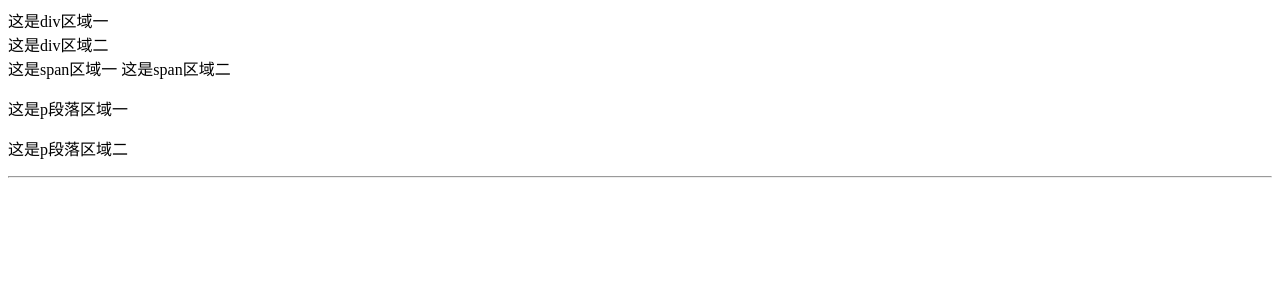
Repository: tangchengjingwen/javaLearningCode
Page: javaLearningCode/day30_html/div_span_p.html
An editor plug-in stored every save of this project. The page is shown before and after the next save, followed by the edit.
The browser window is 1280 px wide. The pictures show the whole page.

Above is the page before, as saved 2012-05-14 01:58:22.

### javaLearningCode/day30_html/div_span_p.html
<!DOCTYPE HTML PUBLIC "-//W3C//DTD HTML 4.01//EN" "http://www.w3.org/TR/html4/strict.dtd">
<html>
	<head>
		<meta http-equiv="Content-Type" content="text/html; charset=GBK">
		<title>Untitled Document</title>
	</head>
	<body>
		<!--
		仅仅对数据进行标签的封装，却不需要标签的特定含义。
		div,span

		标签也称为元素分成两大类：
		1，块级标签(块级元素):结尾都有换行。div p
		2，行内标签(行内元素):span
		-->

		<div>这是div区域一</div>
		<div>这是div区域二</div>
		<span>这是span区域一</span>
		<span>这是span区域二</span>

		<p>这是p段落区域一</p>
		<p>这是p段落区域二</p>
		<hr/>

	</body>
</html>

After the next save:
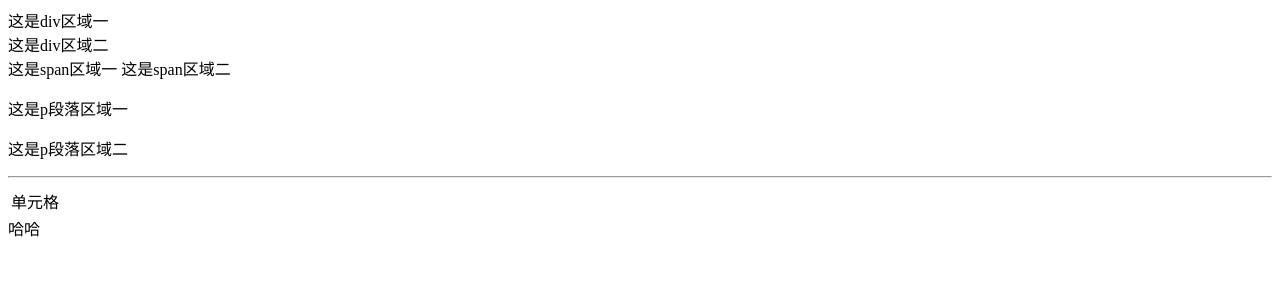
Saved 22 s later.
--- a/javaLearningCode/day30_html/div_span_p.html
+++ b/javaLearningCode/day30_html/div_span_p.html
@@ -22,6 +22,7 @@
 		<p>这是p段落区域一</p>
 		<p>这是p段落区域二</p>
 		<hr/>
-
+		<table><tr><td>单元格</td></tr></table>
+		哈哈
 	</body>
 </html>
